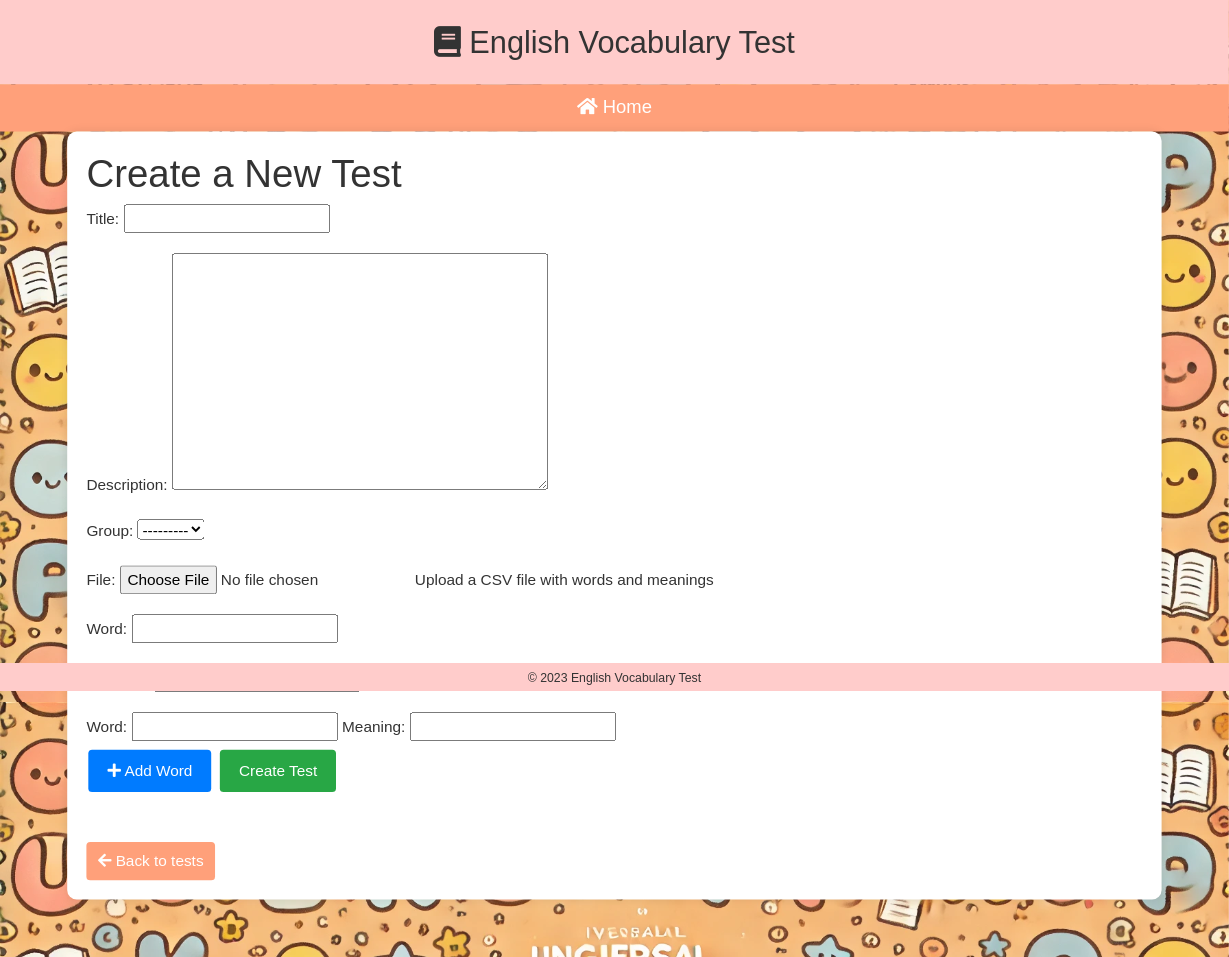
Repository: YamatoGH/testapp
Page: http://localhost/create-test/
The author's editor kept a copy of each file at every save. The page is drawn from the files as they stood at one save, then again after the next save.
The browser window is 1280 px wide. The pictures show the whole page, at 96% of full size.
Backgrounds fixed to the window are drawn as part of the page. The page is served by the project's application, run on Django 5.2 (manage.py). The page reads the database file committed with the project.

Above is the page before, as saved 2024-08-01 14:31:31.

After the next save:
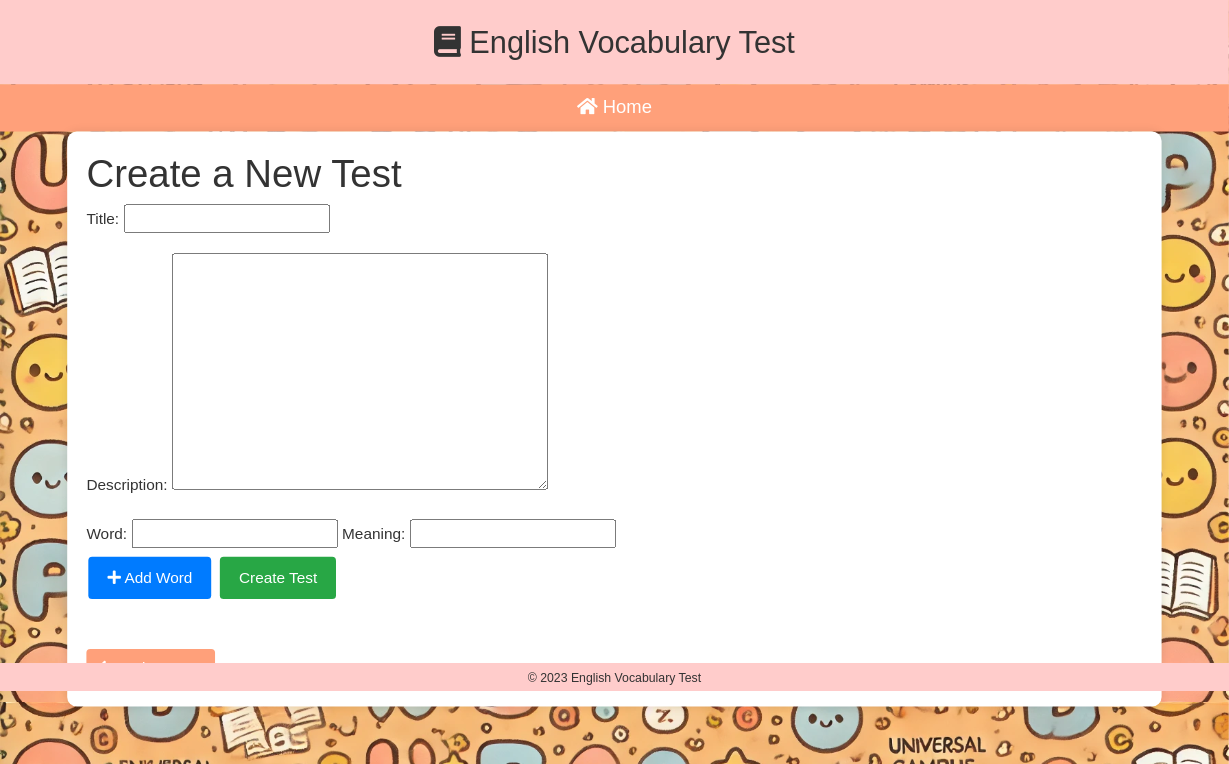
Saved 13 min 9 s later.
--- a/testapp/forms.py
+++ b/testapp/forms.py
@@ -3,25 +3,13 @@ from .models import Test, Word, Group
 from .models import Student
 
 class WordForm(forms.Form):
-    word = forms.CharField(label='Word', max_length=100)
-    meaning = forms.CharField(label='Meaning', max_length=255)
+    word = forms.CharField(max_length=100, label='Word')
+    meaning = forms.CharField(max_length=255, label='Meaning')
 
 class TestForm(forms.ModelForm):
-    file = forms.FileField(required=False, help_text='Upload a CSV file with words and meanings')
-    words = forms.CharField(widget=forms.HiddenInput(), required=False)
-    word = forms.CharField(label='Word', max_length=100, required=False)
-    meaning = forms.CharField(label='Meaning', max_length=255, required=False)
-
     class Meta:
         model = Test
-        fields = ['title', 'description', 'group', 'file', 'words', 'word', 'meaning']
-
-    def save(self, commit=True):
-        instance = super(TestForm, self).save(commit=False)
-        if commit:
-            instance.save()
-        return instance
-
+        fields = ['title', 'description']
 class UploadFileForm(forms.Form):
     file = forms.FileField()
     title = forms.CharField(max_length=100)
